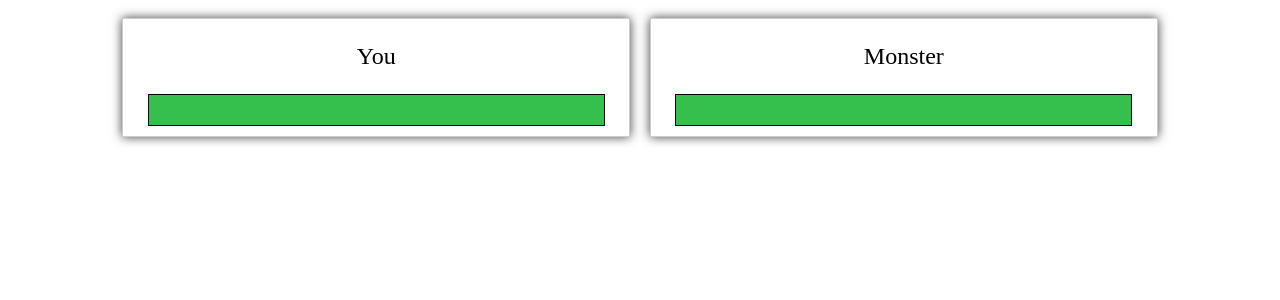
Repository: jakublack/game-fight-vue
Page: /
These files come from the project's save history. The page is drawn as it stood at one moment and after the next save; the edit follows.
The browser window is 1280 px wide. The pictures show the whole page.
The project was rebuilt for these pictures with package versions that can differ from the ones it lists, and the page was loaded fresh each time.

Above is the page before, as saved 2018-08-08 20:48:01.

After the next save:
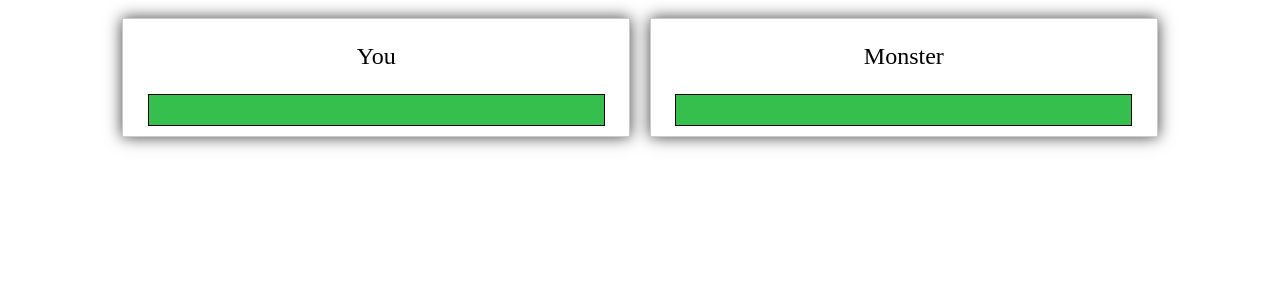
Saved 5 s later.
--- a/src/components/Game.vue
+++ b/src/components/Game.vue
@@ -36,7 +36,7 @@ export default {
   margin: 10px;
   text-align: center;
   border: 1px solid #ccc;
-  box-shadow: 0px 0px 10px 0px rgba(0,0,0,0.75);
+  box-shadow: 0px 0px 15px 0px rgba(0,0,0,0.75);
 }
 
 .person--player p {
